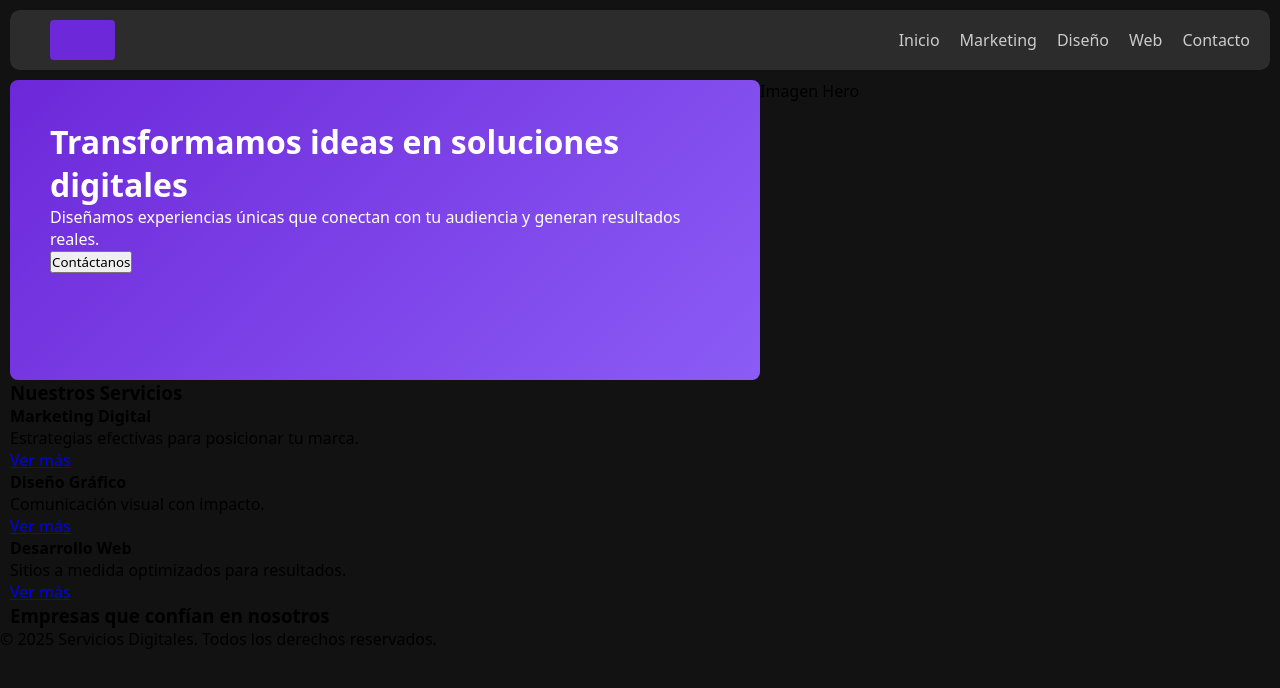
Repository: santinogarrone/TrabajoAgustin
Page: html/index.html
An editor plug-in stored every save of this project. The page is shown before and after a run of saves, followed by the edit.
The browser window is 1280 px wide. The pictures show the whole page.

Above is the page before, as saved 2025-05-02 12:10:44.

After the next 2 saves:
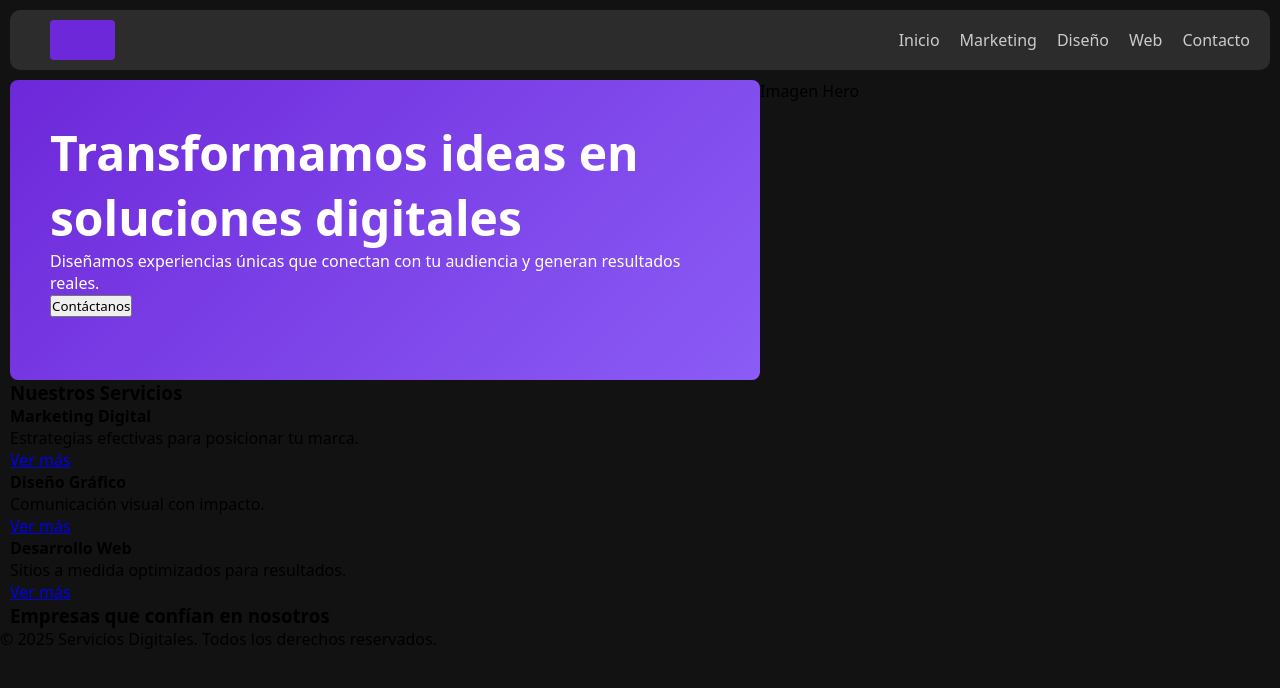
The 2 saves are shown as one change because they came seconds apart.
The last was saved 7 s later.
--- a/css/style.css
+++ b/css/style.css
@@ -78,7 +78,7 @@ header{
   }
 
   .tit-contacto{
-    font-size: 2rem;
+    font-size: 3rem;
   }
 
 @media (375px >= width) {
